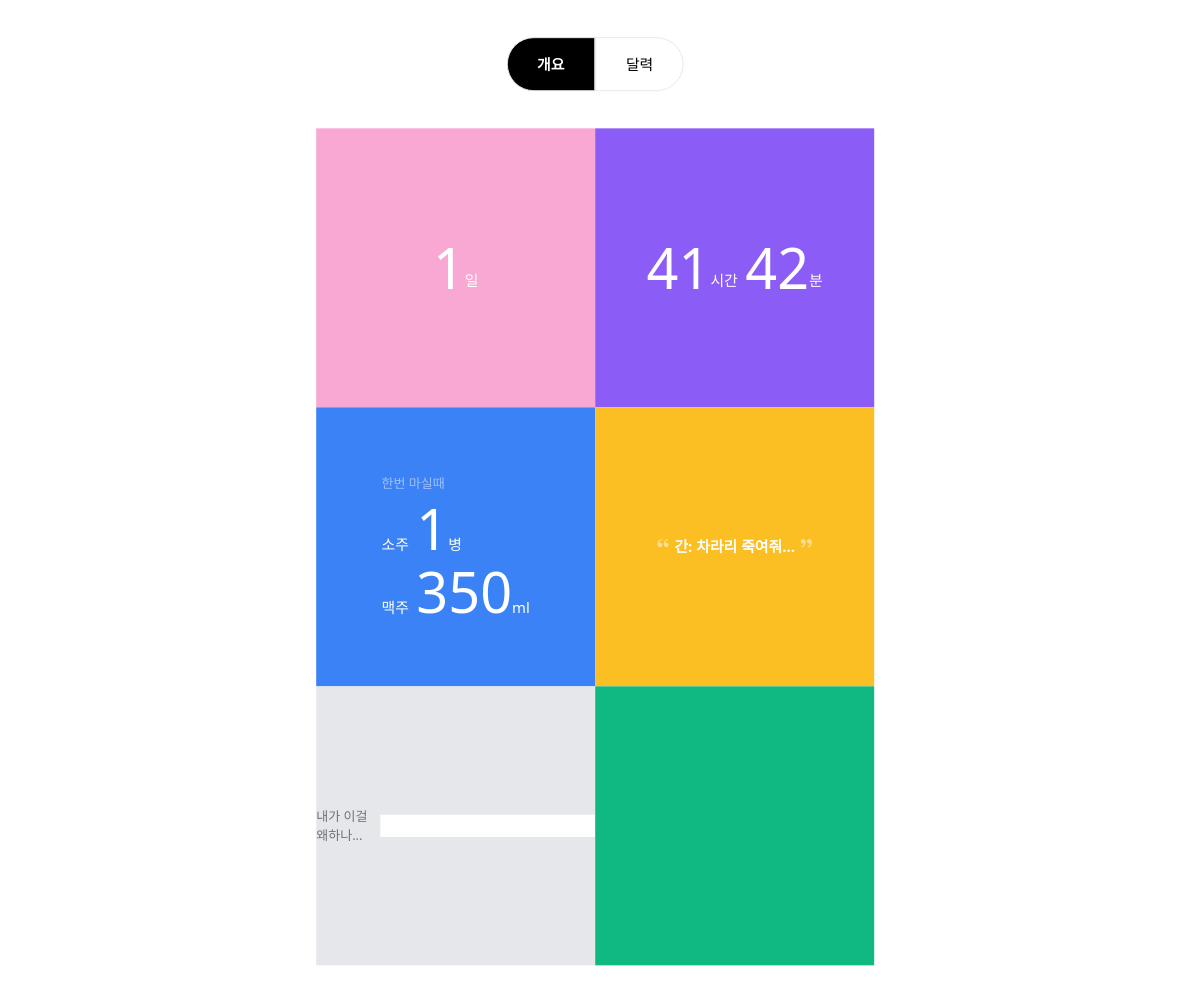
Repository: honey-punch/my-alcohol
Page: /
An editor plug-in stored every save of this project. The page is shown before and after a run of saves, followed by the edit.
The browser window is 1280 px wide. The pictures show the whole page, at 93% of full size.
The project was rebuilt for these pictures with package versions that can differ from the ones it lists, and the page was loaded fresh each time. The framework's server and built-in components were replaced by stand-ins that run in the browser. Also part of the build but not shown: next.config.ts, src/app/_component/Calendar.tsx.

Above is the page before, as saved 2025-02-10 16:32:00.

### src/app/page.tsx
"use client";

import { useState } from "react";
import Summary from "./_component/Summary";
import Calendar from "./_component/Calendar";

type ViewType = "summary" | "calendar";

export default function Home() {
  // useState
  const [viewType, setViewType] = useState<ViewType>("summary");

  // functions
  function handleChangeViewType() {
    if (viewType === "summary") {
      setViewType("calendar");
    } else {
      setViewType("summary");
    }
  }

  return (
    <div className="w-full flex flex-col items-center p-10 gap-10">
      <div onClick={handleChangeViewType} className="flex">
        <button
          className={`${
            viewType === "summary"
              ? "bg-black text-white font-black"
              : "hover:bg-black/20"
          } rounded-s-full border px-8 py-4 transition-colors`}
        >
          개요
        </button>
        <button
          className={`${
            viewType === "calendar"
              ? "bg-black text-white font-black"
              : "hover:bg-black/20"
          } rounded-e-full border px-8 py-4 transition-colors`}
        >
          달력
        </button>
      </div>
      {viewType === "summary" ? <Summary /> : <Calendar />}
    </div>
  );
}

### src/app/_component/Summary.tsx
import { RiDoubleQuotesL } from "react-icons/ri";
import { RiDoubleQuotesR } from "react-icons/ri";

const BOX_SIZE = 300;

export default function Summary() {
  const today = new Date();

  // TODO - DB에서 받아온 술마신 날들 중 가장 마지막 날
  const lastDay = new Date("2025-02-08T22:00:00");

  // 1, 2번 박스
  const diffMs = Math.abs(today.getTime() - lastDay.getTime());
  const diffDay = Math.floor(diffMs / (1000 * 60 * 60 * 24));
  const diffHour = Math.floor(diffMs / (1000 * 60 * 60));
  const diffMin = Math.floor((diffMs % (1000 * 60 * 60)) / (1000 * 60));
  const diffTime = { diffHour, diffMin };

  // 3번 박스
  // TODO - DB에서 받아와서 계산할 평균 용량
  const ex = {
    // 병단위
    soju: 1,
    // cc단위
    beer: 350,
  };

  // 4번 박스
  // TODO - DB에 저장해볼까
  const wiseSaying = [
    "내가 또 술을 마시면 개다.",
    "간한테 미안하지도 않냐?",
    "간: 차라리 죽여줘...",
    "술마시면 하루가 날라간다.",
    "안마셔도 생각보다 괜찮다.",
    "마시고 후회할꺼 왜마시냐?",
  ];
  const randomWiseSaying =
    wiseSaying[Math.floor(Math.random() * wiseSaying.length)];

  return (
    <div className="grid grid-cols-2">
      {/* 1번 박스 - 일수 */}
      <div
        style={{ width: `${BOX_SIZE}px`, height: BOX_SIZE }}
        className="bg-pink-300 text-white flex justify-center items-center"
      >
        <span className="text-6xl">{diffDay}</span>
        <span className="mt-7">일</span>
      </div>

      {/* 2번 박스 - 시간 */}
      <div
        style={{ width: `${BOX_SIZE}px`, height: BOX_SIZE }}
        className="bg-violet-500 text-white flex justify-center items-center"
      >
        <span className="text-6xl">{diffTime.diffHour}</span>
        <span className="mt-7 mr-2">시간</span>
        <span className="text-6xl">{diffTime.diffMin}</span>
        <span className="mt-7">분</span>
      </div>

      {/* 3번 박스 - 평균 주량 */}
      <div
        style={{ width: `${BOX_SIZE}px`, height: BOX_SIZE }}
        className="bg-blue-500 text-white flex justify-center items-center"
      >
        <div className="flex flex-col gap-2">
          <div className="opacity-50 text-sm">한번 마실때</div>
          <div>
            <span className="mt-7 mr-2">소주</span>
            <span className="text-6xl">{ex.soju}</span>
            <span className="mt-7">병</span>
          </div>
          <div>
            <span className="mt-7 mr-2">맥주</span>
            <span className="text-6xl">{ex.beer}</span>
            <span className="mt-7">ml</span>
          </div>
        </div>
      </div>

      {/* 4번 박스 - 명언(같은 개소리) */}
      <div
        style={{ width: `${BOX_SIZE}px`, height: BOX_SIZE }}
        className="bg-amber-400 text-white flex justify-center items-center"
      >
        <div className="flex font-semibold gap-1">
          <RiDoubleQuotesL className="opacity-50" />
          {randomWiseSaying}
          <RiDoubleQuotesR className="opacity-50" />
        </div>
      </div>

      {/* 5번 박스 - 왜하냐(본인이 설정하는 동기부여) */}
      <div
        style={{ width: `${BOX_SIZE}px`, height: BOX_SIZE }}
        className="bg-gray-200 text-black flex justify-center items-center"
      >
        <div className="opacity-50 text-sm">내가 이걸 왜하나...</div>
        <input type="text" />
      </div>

      {/* 6번 박스 - 1번 박스 * 3번 박스 * 술값으로 얼마 아꼈는지 */}
      <div
        style={{ width: `${BOX_SIZE}px`, height: BOX_SIZE }}
        className="bg-emerald-500 text-white flex justify-center items-center"
      ></div>
    </div>
  );
}

Loaded but not shown: src/app/layout.tsx (common file); src/app/globals.css (common file); tailwind.config.ts (common file)

After the next 2 saves:
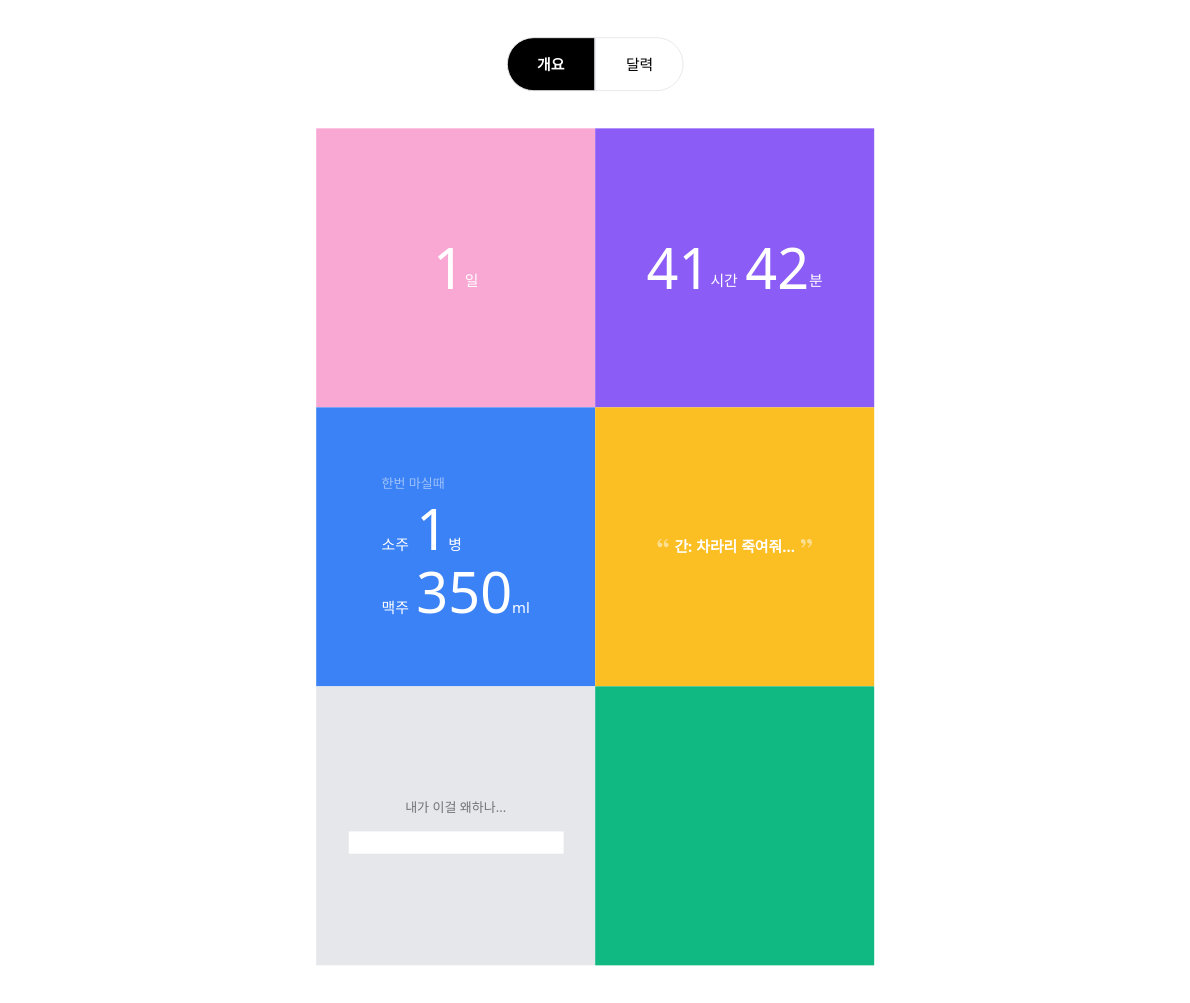
The 2 saves are shown as one change because they came seconds apart.
The last was saved 12 s later.
--- a/src/app/_component/Summary.tsx
+++ b/src/app/_component/Summary.tsx
@@ -95,10 +95,10 @@ export default function Summary() {
       {/* 5번 박스 - 왜하냐(본인이 설정하는 동기부여) */}
       <div
         style={{ width: `${BOX_SIZE}px`, height: BOX_SIZE }}
-        className="bg-gray-200 text-black flex justify-center items-center"
+        className="bg-gray-200 text-black flex justify-center items-center flex-col gap-4"
       >
         <div className="opacity-50 text-sm">내가 이걸 왜하나...</div>
-        <input type="text" />
+        <input type="text" className="" />
       </div>
 
       {/* 6번 박스 - 1번 박스 * 3번 박스 * 술값으로 얼마 아꼈는지 */}
